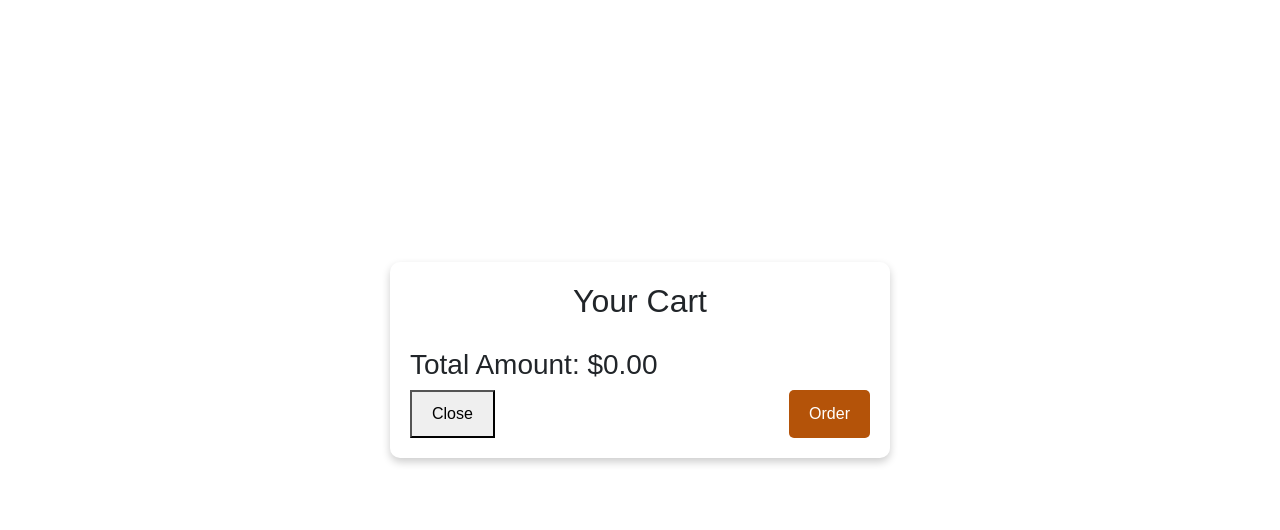
Repository: chelseajaculina/lab2-uber-eats
Page: /cart (app in frontend/)
An editor plug-in stored every save of this project. The page is shown before and after the next save, followed by the edit.
The browser window is 1280 px wide. The pictures show the whole page.
The project was rebuilt for these pictures with package versions that can differ from the ones it lists, and the page was loaded fresh each time. Also part of the build but not shown: frontend/src/components/Home.css, frontend/src/components/Logout.css, frontend/src/components/Logout.js, frontend/src/contexts/CartContext.js, frontend/src/components/NavBarHome.js, frontend/src/components/Home.js, frontend/src/components/CustomerSignUp.js, frontend/src/components/RestaurantSignUp.js and 28 more.

Above is the page before, as saved 2024-11-25 10:46:18.

### frontend/src/components/CartModal.js
import React from 'react';
import { useSelector, useDispatch } from 'react-redux';
import { addToCart, removeFromCart } from '../redux/slices/orderSlice';
import './CartModal.css';

const CartModal = ({ onClose }) => {
  const cart = useSelector((state) => state.order.cart);
  const dispatch = useDispatch();

  const calculateTotal = () =>
    cart.reduce((total, item) => total + item.price * item.quantity, 0).toFixed(2);

  const handleOrder = () => {
    alert('Order placed successfully!');
    onClose();
  };

  return (
    <div className="cart-modal">
      <h2>Your Cart</h2>
      <div className="cart-items">
        {cart.map((item) => (
          <div className="cart-item" key={item.id}>
            <h4>{item.name}</h4>
            <p>${item.price.toFixed(2)}</p>
            <div className="quantity-controls">
              <button onClick={() => dispatch(removeFromCart(item.id))}>-</button>
              <span>x {item.quantity}</span>
              <button onClick={() => dispatch(addToCart({ ...item, quantity: item.quantity + 1 }))}>+</button>
            </div>
          </div>
        ))}
      </div>
      <div className="cart-total">
        <h3>Total Amount: ${calculateTotal()}</h3>
      </div>
      <div className="cart-actions">
        <button onClick={onClose}>Close</button>
        <button className="order-button" onClick={handleOrder}>
          Order
        </button>
      </div>
    </div>
  );
};

export default CartModal;

### frontend/src/components/SignUp.css
/* Shared container styling for login and signup */
.signup-container {
    display: flex;
    flex-direction: column;
    align-items: center;
    padding: 20px;
    width: 100%;
    background-color: #f7f7f7; /* Light gray background */
}

/* Shared header styling for both signup and login */
.signup-header {
    background-color: transparent;
    width: 100%;
    text-align: center;
    padding: 10px;
}

/* Brand title styling for consistency */
.brand-title {
    color: #000; /* Black color for "Uber" */
    font-size: 24px;
}

.brand-title span {
    color: #34a853; /* Green color for "Eats" */
}

/* Container to hold both forms side by side */
.signup-forms {
    display: flex;
    justify-content: space-between;
    width: 80%;
    max-width: 1200px;
    gap: 20px; /* Space between the two forms */
    margin-top: 20px;
}

/* Styling for each individual form container */
.form-container {
    flex: 1;
    background-color: white;
    padding: 20px;
    border-radius: 10px;
    box-shadow: 0 4px 10px rgba(0, 0, 0, 0.1);
    text-align: center;
}

/* Shared form styling for inputs and buttons */
.signup-form, .login-form {
    display: flex;
    flex-direction: column;
    width: 100%;
    margin-top: 20px;
}

.signup-form h2, h2 {
    text-align: center;
    font-size: 18px;
    margin-bottom: 10px;
    color: #333;
}

.signup-form input,  input {
    width: 100%;
    padding: 12px;
    margin: 8px 0;
    border-radius: 8px;
    border: 1px solid #ccc;
    font-size: 16px;
}

.continue-button {
    background-color: black;
    color: white;
    padding: 12px;
    border: none;
    border-radius: 8px;
    font-size: 16px;
    cursor: pointer;
    margin-top: 10px;
}

.divider {
    display: flex;
    align-items: center;
    text-align: center;
    margin: 20px 0;
}

.line {
    flex: 1;
    height: 1px;
    background-color: #ccc;
    border: none;
}



.google-button, .apple-button, .qr-code-button {
    display: flex;
    align-items: center;
    justify-content: center;
    background-color: #f5f5f5;
    color: black;
    padding: 12px;
    margin: 8px 0;
    border-radius: 8px;
    border: 1px solid #ccc;
    font-size: 16px;
    cursor: pointer;
}

.google-button img, .apple-button img, .qr-code-button img {
    width: 20px;
    height: 20px;
    margin-right: 10px;
}

.disclaimer {
    font-size: 12px;
    color: gray;
    text-align: center;
    margin-top: 10px;
    line-height: 1.5;
}

.link-button {
    color: #000;
    font-weight: bold;
    text-decoration: none;
    cursor: pointer;
    background: #000;  /* Remove default background */
    border: none;      /* Remove default border */
    padding: 0.5rem;   /* Optional padding to make it look button-like */
    color: #fff;
}

/* Responsive design for smaller screens */
@media (max-width: 768px) {
    .signup-forms {
        flex-direction: column;
        align-items: center;
    }

    .form-container {
        width: 100%;
        margin-bottom: 20px;
    }
}


/* Stretch buttons across form container */
.google-button, .apple-button, .qr-code-button {
    display: flex;
    align-items: center;
    justify-content: center;
    background-color: #f5f5f5;
    color: black;
    padding: 12px;
    margin: 8px 0;
    border-radius: 8px;
    border: 1px solid #ccc;
    font-size: 16px;
    cursor: pointer;
    width: 100%; /* Make buttons full width */
    max-width: 300px; /* Optional max-width to keep buttons from getting too wide */
}

/* Center the buttons within the form container */
.signup-form, .login-form {
    display: flex;
    flex-direction: column;
    align-items: center; /* Center all elements horizontally */
    width: 100%;
    margin-top: 20px;
}

/* Center the button icon */
.google-button .icon, .apple-button .icon, .qr-code-button .icon {
    margin-right: 10px;
    font-size: 20px;
}

### frontend/src/components/Welcome.css
/* General Reset */
* {
    margin: 0;
    padding: 0;
    box-sizing: border-box;
    font-family: Arial, Helvetica, sans-serif;
}

/* Container */
.landing-container {
    width: 100%;
    height: 100vh;
    background: url('/public/images/landing-bg.jpg') center/cover no-repeat;
    color: #000;
    display: flex;
    flex-direction: column;
    margin: 0;
    padding: 0;
}

/* Navigation Bar */
.navbar {
    display: flex;
    justify-content: space-between;
    align-items: center;
    padding: 1rem 2rem;
    background-color: transparent; /* Keep background transparent if desired */
    border-bottom: none; /* Ensure no bottom border */
    box-shadow: none; /* Ensure no shadow */
}


.navbar-left {
    display: flex;
    align-items: center;
    background-color: transparent;
}

.menu-button {
    font-size: 1.5rem;
    background: none;
    border: none;
    cursor: pointer;
    margin-right: 1rem;
    color: #000; /* White icon color */
}

.menu-button:focus {
    outline: none; /* Remove focus outline */
}

.brand-title {
    font-weight: bold;
    font-size: 1.5rem;
    color: #000;
}

.navbar-right {
    display: flex;
    align-items: center;
    background-color: transparent;
}

.navbar-right button {
    padding: 0.5rem 1rem;
    cursor: pointer;
    font-size: 1rem;
    margin-left: 1rem;
    border-radius: 5px;
    border: none; /* Ensure there is no border for solid button effect */
}

/* Log in Button - White with Black Border */
.login-button {
    background-color: #fff;          /* White background */
    color: #000;                     /* Black text */
    border: 1px solid #000;          /* Black border */
    border-radius: 5px;              /* Slightly rounded corners */
}

/* Sign up Button - Green with White Text */
.signup-button {
    background-color: #00ff80;  /* Green background */
    color: #fff;                     /* White text */
    border-radius: 5px;              /* Slightly rounded corners */
}

/* Hero Section */
.hero-section {
    display: flex;
    flex-direction: column;
    align-items: left;
    margin-top: 6rem;
    padding: 2rem;
    color: #000;
}

.hero-section h1 {
    font-size: 3rem;
    font-weight: bold;
    margin-bottom: 2rem;
}

/* Address Input Section */
.address-input-section {
    display: flex;
    align-items: center;
    gap: 1rem;
    width: 100%;
    max-width: 800px;
}

.input-box {
    display: flex;
    align-items: center;
    background: #fff;
    padding: 0.5rem;
    border-radius: 8px;
    flex-grow: 1;
    border: 1px solid #ddd;
}

.input-box .icon {
    margin-right: 0.5rem;
    color: #666;
}

.input-box input {
    border: none;
    outline: none;
    width: 100%;
    font-size: 1rem;
    padding: 0.5rem 0;
}

.delivery-time-dropdown {
    display: flex;
    align-items: center;
    background: #fff;
    padding: 0.5rem;
    border-radius: 8px;
    border: 1px solid #ddd;
}

.delivery-time-dropdown .icon {
    margin-right: 0.5rem;
    color: #666;
}

.delivery-time-dropdown select {
    border: none;
    outline: none;
    font-size: 1rem;
    background: transparent;
}

/* Search Button */
.search-button {
    background-color: #000;
    color: #fff;
    padding: 0.75rem 1.5rem;
    border: none;
    cursor: pointer;
    border-radius: 8px;
    font-weight: bold;
}

/* Sign In Link */
.signin-link {
    margin-top: 1rem;
    font-size: 1rem;
    color: #666;
}

.signin-link a {
    color: #000;
    font-weight: bold;
    text-decoration: none;
}

.signin-link a:hover {
    text-decoration: underline;
}

.link-button {
    color: #000;
    font-weight: bold;
    text-decoration: none;
    cursor: pointer;
    background: none;  /* Remove default background */
    border: none;      /* Remove default border */
    padding: 0.5rem;   /* Optional padding to make it look button-like */
}

.link-button:hover {
    text-decoration: underline; /* Add underline on hover */
}

### frontend/src/components/RestaurantMenu.css
/* General Reset */
* {
  margin: 0;
  padding: 0;
  box-sizing: border-box;
  font-family: Arial, Helvetica, sans-serif;
}

/* Container for the entire menu section */
.restaurant-menu {
  width: 100%;
  padding: 20px;
  display: flex;
  flex-direction: column;
  align-items: center;
  background-color: #f5f5f5;
}

/* Title of the menu */
.menu-title {
  font-size: 2rem;
  margin-bottom: 20px;
  color: #333;
}

/* Section for the add dish button */
.add-dish-section {
  width: 100%;
  display: flex;
  justify-content: center;
  margin-bottom: 20px;
}

.add-dish-button {
  padding: 10px 20px;
  font-size: 1rem;
  background-color: black;
  color: white;
  border: none;
  border-radius: 5px;
  cursor: pointer;
  transition: background-color 0.3s;
}

.add-dish-button:hover {
  background-color: #333;
}

/* Dishes list */
.dishes-list {
  width: 100%;
  display: flex;
  flex-wrap: wrap;
  justify-content: center;
  gap: 20px;
}

/* Individual dish card */
.dish-card {
  background-color: white;
  width: 250px;
  padding: 10px;
  border-radius: 10px;
  box-shadow: 0 4px 8px rgba(0, 0, 0, 0.1);
  text-align: center;
  display: flex;
  flex-direction: column;
  align-items: center;
}

.dish-image {
  width: 100%;
  height: 180px;
  object-fit: cover;
  border-radius: 10px;
  margin-bottom: 10px;
}

.dish-card h3 {
  font-size: 1.2rem;
  color: #333;
}

.dish-card p {
  font-size: 0.9rem;
  color: #555;
}

.dish-card strong {
  color: #000;
}

/* Modal overlay */
.modal-overlay {
  position: fixed;
  top: 0;
  left: 0;
  width: 100%;
  height: 100%;
  background-color: rgba(0, 0, 0, 0.5);
  display: flex;
  justify-content: center;
  align-items: center;
}

/* Modal content */
.modal-content {
  background-color: white;
  padding: 20px;
  width: 400px;
  border-radius: 10px;
  box-shadow: 0 4px 8px rgba(0, 0, 0, 0.2);
}

.modal-content h2 {
  font-size: 1.5rem;
  margin-bottom: 20px;
  color: #333;
}

.dish-form {
  display: flex;
  flex-direction: column;
  gap: 10px;
}

.dish-form input,
.dish-form select,
.dish-form textarea {
  padding: 10px;
  font-size: 1rem;
  border: 1px solid #ccc;
  border-radius: 5px;
  width: 100%;
  box-sizing: border-box;
}

.dish-form textarea {
  resize: vertical;
  height: 100px;
}

.form-buttons {
  display: flex;
  justify-content: space-between;
}

.save-button {
  background-color: #00cc66;
  color: white;
  padding: 10px 20px;
  border: none;
  border-radius: 5px;
  cursor: pointer;
  transition: background-color 0.3s;
}

.save-button:hover {
  background-color: #00a653;
}

.cancel-button {
  background-color: #ccc;
  color: #333;
  padding: 10px 20px;
  border: none;
  border-radius: 5px;
  cursor: pointer;
  transition: background-color 0.3s;
}

.cancel-button:hover {
  background-color: #bbb;
}

/* Price input styling */
.price-input {
  display: flex;
  align-items: center;
}

.price-input span {
  margin-right: 10px;
  font-size: 1rem;
  color: #333;
}

/* Loading message */
.loading {
  text-align: center;
  font-size: 1.2rem;
  color: #333;
}

### frontend/src/components/CartModal.css
/* src/components/CartModal.css */
.cart-modal {
    position: fixed;
    top: 50%;
    left: 50%;
    transform: translate(-50%, -50%);
    background-color: white;
    padding: 20px;
    border-radius: 10px;
    box-shadow: 0 4px 8px rgba(0, 0, 0, 0.2);
    width: 90%;
    max-width: 500px;
  }

  .cart-items {
    max-height: 300px;
    overflow-y: auto;
    margin-bottom: 20px;
  }

  .cart-item {
    display: flex;
    justify-content: space-between;
    align-items: center;
    padding: 10px 0;
    border-bottom: 1px solid #ddd;
  }

  .quantity-controls {
    display: flex;
    align-items: center;
  }

  .quantity-controls button {
    background: none;
    border: 1px solid #ccc;
    padding: 5px;
    cursor: pointer;
    margin: 0 5px;
  }

  .cart-total {
    font-weight: bold;
    margin-top: 20px;
  }

  .cart-actions {
    display: flex;
    justify-content: space-between;
  }

  .cart-actions button {
    padding: 10px 20px;
    cursor: pointer;
  }

  .order-button {
    background-color: #b45309;
    color: white;
    border: none;
    padding: 10px 20px;
    cursor: pointer;
    border-radius: 5px;
  }

  .cart-modal p {
    margin: 5px 0;
    font-size: 14px;
  }

### frontend/src/components/NavBarBusiness.css
/* General Reset */
* {
    margin: 0;
    padding: 0;
    box-sizing: border-box;
    font-family: Arial, Helvetica, sans-serif;
}

.landing-container {
    width: 100%;
    height: 100vh;
    background: url('/public/images/landing-bg.jpg') center/cover no-repeat;
    color: #000;
    display: flex;
    flex-direction: column;
}


/* Navigation Bar */
.navbar {
    display: flex;
    justify-content: space-between;
    align-items: center;
    padding: 1rem;
    background-color: transparent;
    color: #fff;
    flex-wrap: wrap; /* Allows items to wrap in small screens */
    width: 100%;
}

/* Navbar Left Section */
.navbar-left {
    display: flex;
    align-items: center;
    flex-wrap: wrap;
    gap: 1rem;
}

/* Menu Button */
.menu-button {
    font-size: 1.5rem;
    background: none;
    border: none;
    cursor: pointer;
    color: #fff;
}

/* Brand Title */
.brand-title {
    font-weight: bold;
    font-size: 1.5rem;
    color: #000;
    text-decoration: none;
}

.brand-link {
    color: #000;
    text-decoration: none;
}

/* Delivery and Pickup Buttons */
.delivery-pickup-buttons {
    display: flex;
    gap: 0.5rem;
}

.delivery-btn, .pickup-btn {
    padding: 0.5rem 1rem;
    border-radius: 20px;
    border: none;
    cursor: pointer;
    background-color: #f6f6f6;
    color: #000;
    transition: background-color 0.3s;
}

.delivery-btn.active {
    background-color: #fff;
    border: 1px solid #ddd;
}

/* Navbar Right Section */
.navbar-right {
    display: flex;
    align-items: center;
    gap: 1rem;
    flex-wrap: wrap;
    flex: 1;
    justify-content: flex-end;
    width: 100%;
}

.location {
    display: flex;
    align-items: center;
    gap: 0.5rem;
    font-size: 1rem;
    color: #fff;
    white-space: nowrap;
}

.search-box {
    display: flex;
    align-items: center;
    background-color: #f6f6f6;
    padding: 0.5rem 1rem;
    border-radius: 20px;
    gap: 0.5rem;
    flex-grow: 1; /* Expand the search box */
    max-width: 400px;
    min-width: 200px;
}

.search-box input {
    border: none;
    background: transparent;
    outline: none;
    width: 100%;
    color: #000;
}

.login-button {
    padding: 0.5rem 1rem;
    background-color: #fff;
    color: #000;
    border: 1px solid #000;
    border-radius: 5px;
    cursor: pointer;
}

.signup-button {
    padding: 0.5rem 1rem;
    background-color: #000;
    color: #fff;
    border: none;
    border-radius: 5px;
    cursor: pointer;
}

.shopping-cart-icon {
    font-size: 1.5rem;
    color: #00cc66;
}

/* Side Menu */
.side-menu {
    position: fixed;
    top: 0;
    left: 0;
    width: 300px;
    height: 100%;
    background-color: #fff;
    box-shadow: 2px 0 5px rgba(0, 0, 0, 0.3);
    padding: 2rem;
    z-index: 1000;
    display: flex;
    flex-direction: column;
    gap: 1rem;
}

.close-button {
    align-self: flex-end;
    background: none;
    border: none;
    font-size: 1.5rem;
    cursor: pointer;
}

.signup-side-button, .login-side-button {
    width: 100%;
    padding: 1rem;
    border-radius: 5px;
    border: none;
    cursor: pointer;
    font-size: 1.2rem;
}

.signup-side-button {
    background-color: #000;
    color: #fff;
}

.login-side-button {
    background-color: #f0f0f0;
    color: #000;
}

.side-links {
    display: flex;
    flex-direction: column;
    gap: 1rem;
}

.side-links a {
    text-decoration: none;
    color: #000;
    font-weight: bold;
}

.download-app {
    margin-top: auto;
    text-align: center;
}

.app-links button {
    margin: 1rem 0.5rem;
    padding: 0.5rem 1rem;
    border-radius: 5px;
    border: none;
    cursor: pointer;
    font-weight: bold;
}

/* Media Queries for Responsive Design */
@media (max-width: 768px) {
    .navbar {
        padding: 0.5rem 1rem;
    }

    .navbar-right {
        flex-direction: column;
        gap: 0.5rem;
        width: 100%;
        justify-content: center;
        align-items: flex-start;
    }

    .search-box {
        order: 2;
        margin-top: 1rem;
        width: 100%;
    }

    .location {
        display: none;
    }
}

@media (max-width: 480px) {
    .delivery-pickup-buttons {
        display: none; /* Hide on small screens */
    }

    .signup-button, .login-button {
        padding: 0.3rem 0.8rem;
    }

    .shopping-cart-icon {
        font-size: 1.2rem;
    }

    .navbar {
        flex-direction: column;
        align-items: flex-start;
    }

    .brand-title {
        font-size: 1.2rem;
    }
}

Loaded but not shown: frontend/public/index.html (common file); frontend/src/App.js (86 lines, source omitted); frontend/src/redux/slices/restaurantSlice.js (39 lines, source omitted); frontend/src/redux/slices/authSlice.js (29 lines, source omitted); frontend/src/redux/slices/orderSlice.js (24 lines, source omitted); frontend/src/index.js (15 lines, source omitted); frontend/src/redux/store.js (14 lines, source omitted); frontend/src/components/NavBar.css (372 lines, source omitted)

After the next save:
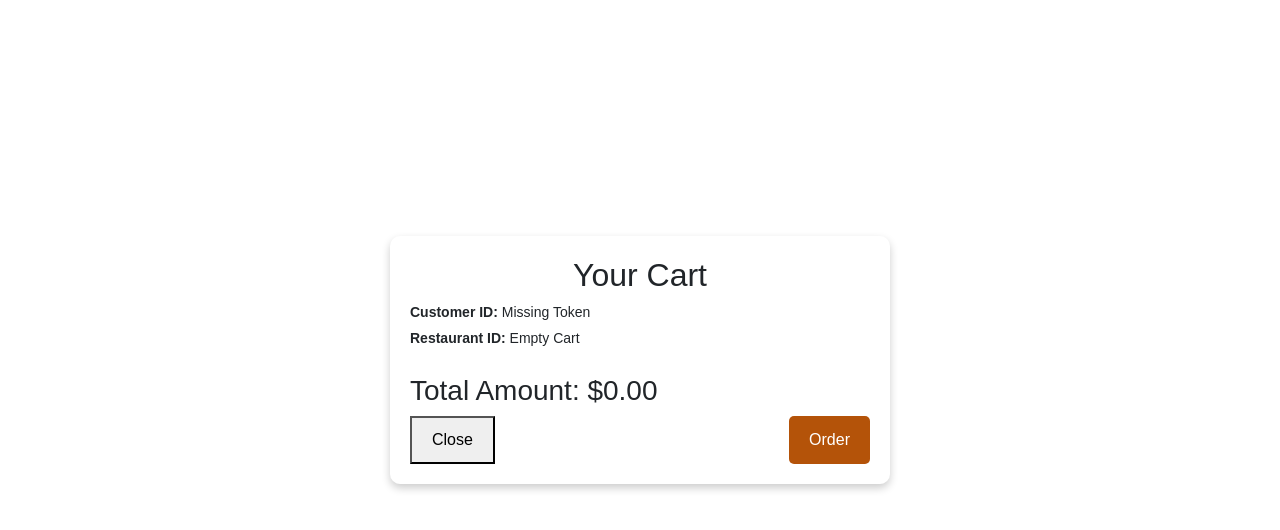
Saved 5 s later.
--- a/frontend/src/components/CartModal.js
+++ b/frontend/src/components/CartModal.js
@@ -1,32 +1,126 @@
-import React from 'react';
-import { useSelector, useDispatch } from 'react-redux';
-import { addToCart, removeFromCart } from '../redux/slices/orderSlice';
+import React, { useEffect, useState } from 'react';
+import { useNavigate } from 'react-router-dom';
+import axios from 'axios';
 import './CartModal.css';
 
-const CartModal = ({ onClose }) => {
-  const cart = useSelector((state) => state.order.cart);
-  const dispatch = useDispatch();
+const CartModal = ({ cart, setCart, onClose }) => {
+  const navigate = useNavigate();
+
+  // State for customer ID and restaurant ID
+  const [customerId, setCustomerId] = useState(null);
+  const [restaurantId, setRestaurantId] = useState(null);
+
+  // Fetch customer ID from the backend
+  useEffect(() => {
+    const fetchCustomerId = async () => {
+      const token = localStorage.getItem('access_token');
+      if (!token) {
+        console.warn('Access token not found.');
+        setCustomerId('Missing Token');
+        return;
+      }
+
+      try {
+        const response = await axios.get('http://localhost:8000/api/customers/user-profile/', {
+          headers: {
+            Authorization: `Bearer ${token}`,
+          },
+        });
+
+        const userId = response.data.id; // Assuming the response has an `id` field for customer ID
+        console.log('Customer ID retrieved from backend:', userId);
+        setCustomerId(userId);
+      } catch (error) {
+        console.error('Error fetching customer ID:', error.response?.data || error.message);
+        setCustomerId('Error Fetching Customer ID');
+      }
+    };
+
+    fetchCustomerId();
+  }, []);
+
+  // Extract the restaurant ID from the first item in the cart
+  useEffect(() => {
+    const extractRestaurantId = () => {
+      console.log("Full Cart Data:", cart); // Debug the cart structure
+      if (cart && cart.length > 0) {
+        const firstItemRestaurantId = cart[0]?.restaurant; // Use optional chaining
+        console.log("First item in the cart:", cart[0]); // Debug the first item in the cart
+        console.log("Restaurant ID from first cart item:", firstItemRestaurantId);
+        setRestaurantId(firstItemRestaurantId || "None Found");
+      } else {
+        setRestaurantId("Empty Cart"); // Handle empty cart
+      }
+    };
+
+    extractRestaurantId();
+  }, [cart]);
+
+
+  const increaseQuantity = (dishId) => {
+    setCart((prevCart) =>
+      prevCart.map((item) =>
+        item.id === dishId ? { ...item, quantity: item.quantity + 1 } : item
+      )
+    );
+  };
+
+  const decreaseQuantity = (dishId) => {
+    setCart((prevCart) =>
+      prevCart
+        .map((item) =>
+          item.id === dishId ? { ...item, quantity: item.quantity - 1 } : item
+        )
+        .filter((item) => item.quantity > 0)
+    );
+  };
 
   const calculateTotal = () =>
-    cart.reduce((total, item) => total + item.price * item.quantity, 0).toFixed(2);
+    cart.reduce(
+      (total, item) =>
+        total + (parseFloat(item.price) || 0) * item.quantity,
+      0
+    ).toFixed(2);
 
   const handleOrder = () => {
-    alert('Order placed successfully!');
-    onClose();
+    // Ensure both IDs are available before navigating
+    if (!customerId || !restaurantId || customerId === 'Missing Token' || restaurantId === 'Empty Cart') {
+      alert('Unable to proceed. Please ensure you are logged in and your cart contains valid items.');
+      return;
+    }
+
+    // Navigate to the Order Page with IDs and cart
+    navigate('/order', {
+      state: {
+        cart,
+        customerId,
+        restaurantId,
+      },
+    });
   };
 
   return (
     <div className="cart-modal">
       <h2>Your Cart</h2>
+      {!customerId ? (
+        <p>Fetching Customer ID...</p>
+      ) : (
+        <p><strong>Customer ID:</strong> {customerId}</p>
+      )}
+      {!restaurantId ? (
+        <p>Fetching Restaurant ID...</p>
+      ) : (
+        <p><strong>Restaurant ID:</strong> {restaurantId}</p>
+      )}
       <div className="cart-items">
         {cart.map((item) => (
           <div className="cart-item" key={item.id}>
             <h4>{item.name}</h4>
-            <p>${item.price.toFixed(2)}</p>
+            <p>${(parseFloat(item.price) || 0).toFixed(2)}</p>
             <div className="quantity-controls">
-              <button onClick={() => dispatch(removeFromCart(item.id))}>-</button>
+              <button onClick={() => decreaseQuantity(item.id)}>-</button>
               <span>x {item.quantity}</span>
-              <button onClick={() => dispatch(addToCart({ ...item, quantity: item.quantity + 1 }))}>+</button>
+              <button onClick={() => increaseQuantity(item.id)}>+</button>
             </div>
           </div>
         ))}
